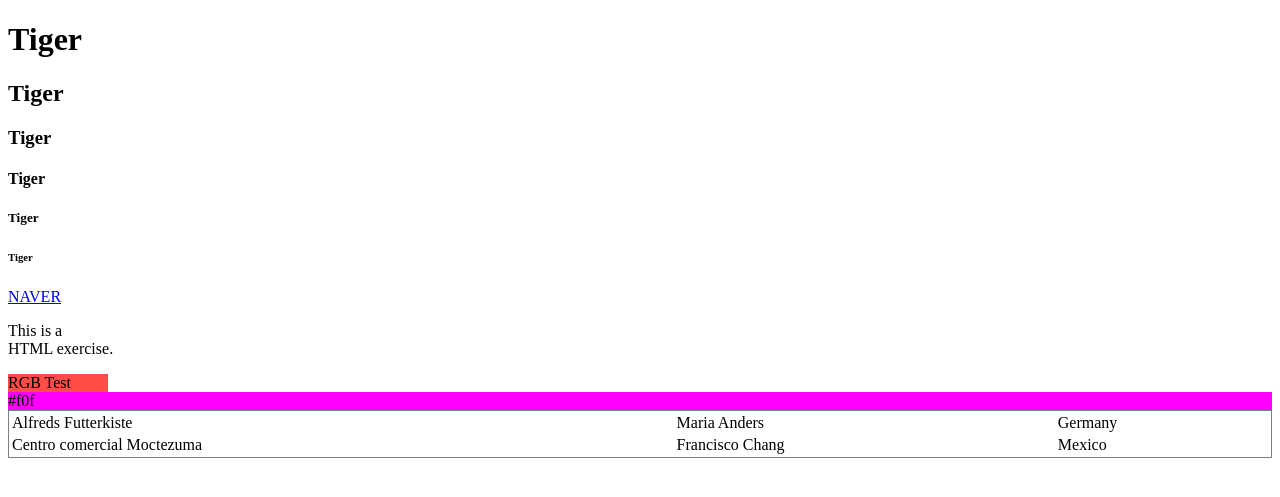
Repository: soobin10236/Class
Page: Web02/src/main/webapp/index.html
The author's editor kept a copy of each file at every save. The page is drawn from the files as they stood at one save, then again after the next save.
The browser window is 1280 px wide. The pictures show the whole page.

Above is the page before, as saved 2021-09-06 05:08:15.

### Web02/src/main/webapp/index.html
<!DOCTYPE html>
<html>
<head>
<meta charset="EUC-KR">
<title>Insert title here</title>
</head>
<body>
	<h1>Tiger</h1>
	<h2>Tiger</h2>
	<h3>Tiger</h3>
	<h4>Tiger</h4>
	<h5>Tiger</h5>
	<h6>Tiger</h6>
	<a href="https://www.naver.com">NAVER</a>
	<p>
		This is a <br /> HTML exercise.
	</p>
	<!-- Ctrl + Shift + / -->
	<div style="background: rgb(255, 77, 71); width: 100px;">RGB Test</div>
	<div style="background: #ff00ff">#f0f</div>

	<table style="border: 1px solid gray;width: 100%">
		<tr>
			<td>Alfreds Futterkiste</td>
			<td>Maria Anders</td>
			<td>Germany</td>
		</tr>
		<tr>
			<td>Centro comercial Moctezuma</td>
			<td>Francisco Chang</td>
			<td>Mexico</td>
		</tr>
	</table>
</body>
</html>

After the next save:
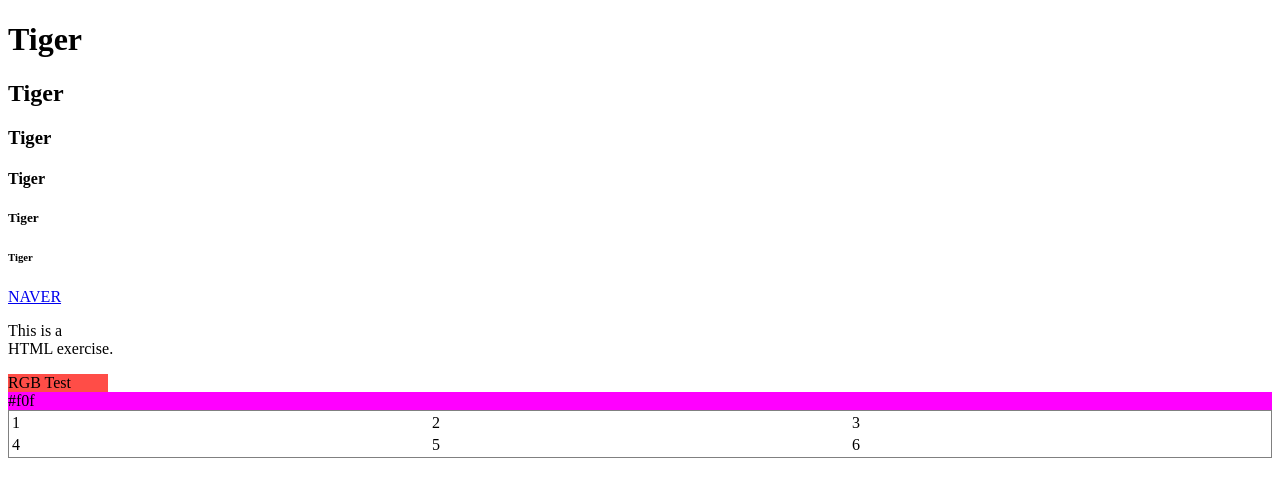
Saved 2 min 49 s later.
--- a/Web02/src/main/webapp/index.html
+++ b/Web02/src/main/webapp/index.html
@@ -21,14 +21,14 @@
 
 	<table style="border: 1px solid gray;width: 100%">
 		<tr>
-			<td>Alfreds Futterkiste</td>
-			<td>Maria Anders</td>
-			<td>Germany</td>
+			<td>1</td>
+			<td>2</td>
+			<td>3</td>
 		</tr>
 		<tr>
-			<td>Centro comercial Moctezuma</td>
-			<td>Francisco Chang</td>
-			<td>Mexico</td>
+			<td>4</td>
+			<td>5</td>
+			<td>6</td>
 		</tr>
 	</table>
 </body>
